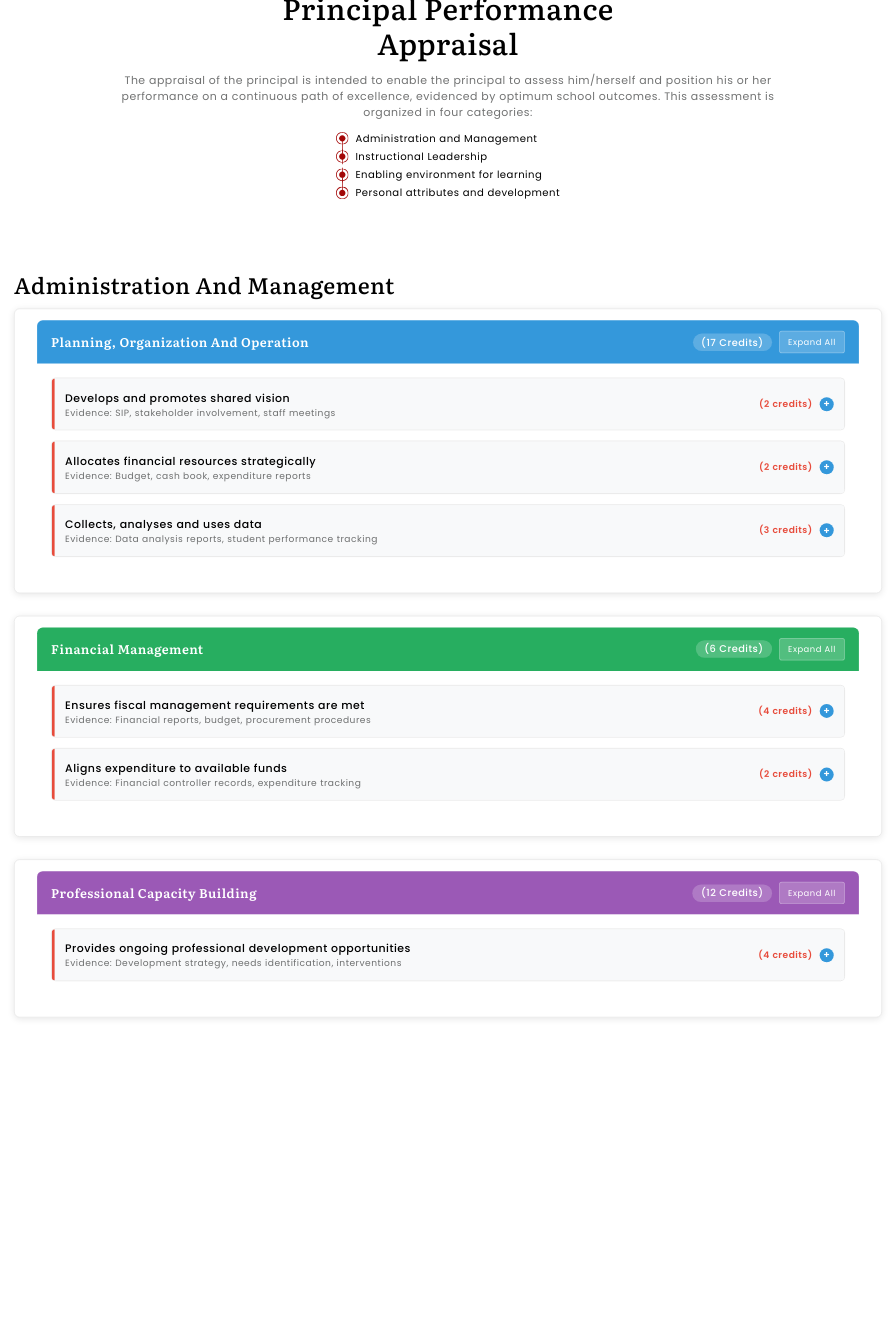
Repository: Dana204/principal-appraisal
Page: /
These files come from the project's save history. The page is drawn as it stood at one moment and after the next save; the edit follows.
The browser window is 1280 px wide. The pictures show the part of the page from y = 492 to 2412 px (the page is 2777 px tall before and 2747 px after), at 70% of full size.
Backgrounds fixed to the window are drawn as part of the page. The project was rebuilt for these pictures with package versions that can differ from the ones it lists, and the page was loaded fresh each time. Also part of the build but not shown: vite.config.js, src/components/ButtonFilled/ButtonFilled.css, src/components/ButtonFilled/ButtonFilled.jsx, src/components/HeroSection/HeroSection.css, src/components/SlidingText/SlidingText.css, src/components/SlidingText/SlidingText.jsx, src/components/HeroSection/HeroSection.jsx, src/components/SectionTitle/SectionTitle.css and 15 more.

Above is the page before, as saved 2025-08-02 09:32:59.

After the next save:
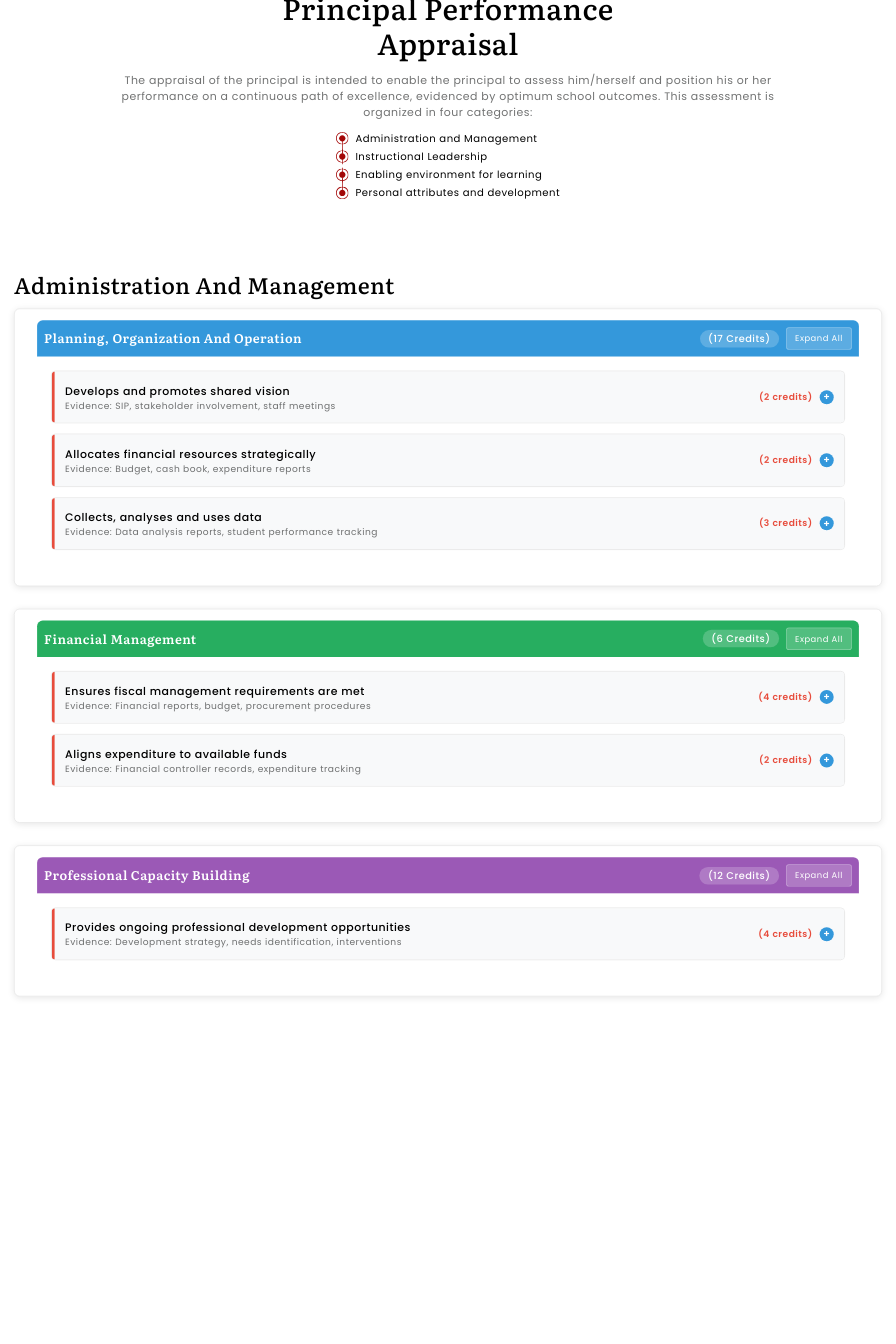
Saved 19 s later.
--- a/src/components/SectionSubitem/SectionSubitem.css
+++ b/src/components/SectionSubitem/SectionSubitem.css
@@ -7,7 +7,7 @@
 }
 
 .section-subitem-header {
-  padding: 15px 20px;
+  padding: var(--spacing-md);
   border-radius: 8px 8px 0 0;
   display: flex;
   justify-content: space-between;
